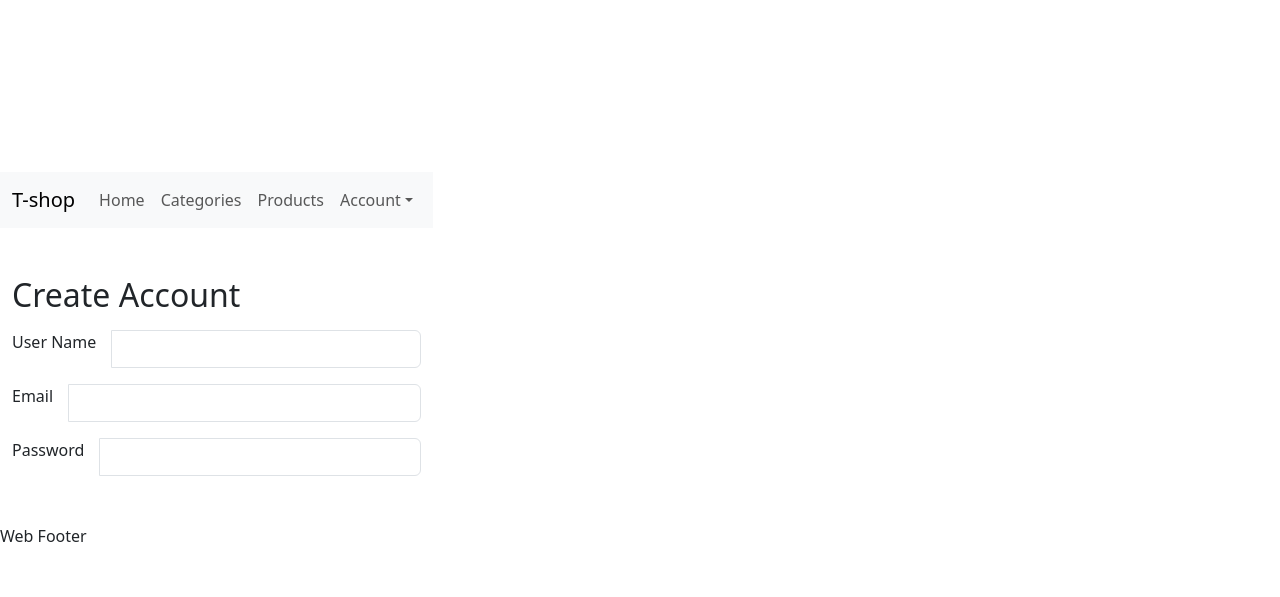
Repository: HadelAbdellatif/ecommerce1
Page: /register
The author's editor kept a copy of each file at every save. The page is drawn from the files as they stood at one save, then again after a run of saves.
The browser window is 1280 px wide. The pictures show the whole page.
The project was rebuilt for these pictures with package versions that can differ from the ones it lists, and the page was loaded fresh each time. Also part of the build but not shown: vite.config.js, src/components/web/home/Home.jsx, src/components/web/categories/Categories.jsx, src/components/dashboard/navbar/Navbar.jsx, src/components/dashboard/footer/Footer.jsx, src/layouts/DashboardLayout.jsx, src/components/dashboard/home/Home.jsx, src/components/dashboard/categories/Categories.jsx.

Above is the page before, as saved 2023-11-20 20:34:14.

After the next 12 saves:
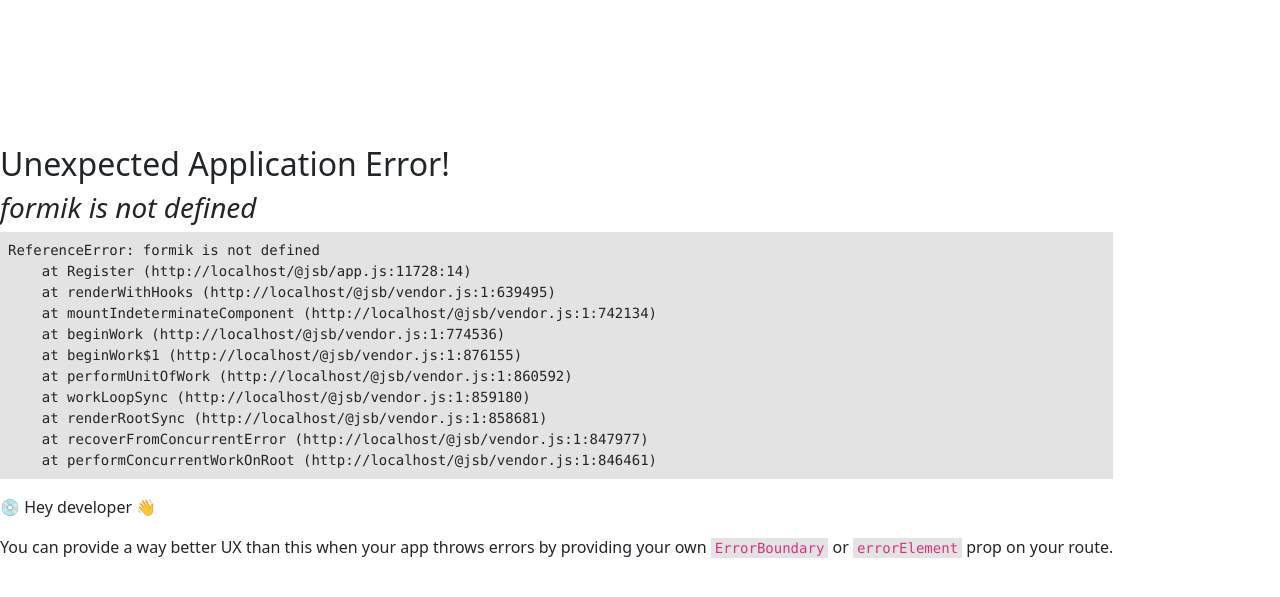
Console error: ReferenceError: formik is not defined
The 12 saves are shown as one change because 3 did not build or start and some came seconds apart.
The last was saved 50 s later.
--- a/src/components/web/register/Register.jsx
+++ b/src/components/web/register/Register.jsx
@@ -11,6 +11,7 @@ export default function Register() {
             type: 'text',
             name: 'username',
             title: 'User Name',
+            value:formik.values.username,
         },
         {
             id: 'email',
